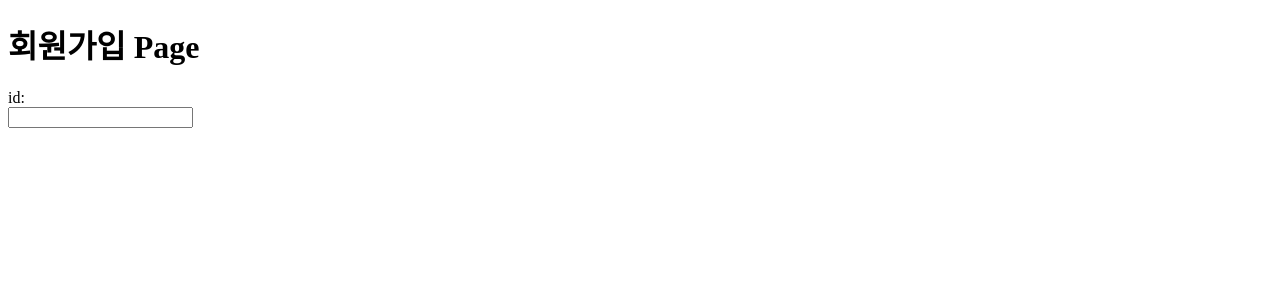
Repository: dtkd19/jsp-jstl_241022
Page: http://localhost/jsp_study/member/join.jsp
An editor plug-in stored every save of this project. The page is shown before and after the next save, followed by the edit.
The browser window is 1280 px wide. The pictures show the whole page.
The page is served by Tomcat 9.

Above is the page before, as saved 2024-10-25 01:54:06.

After the next save:
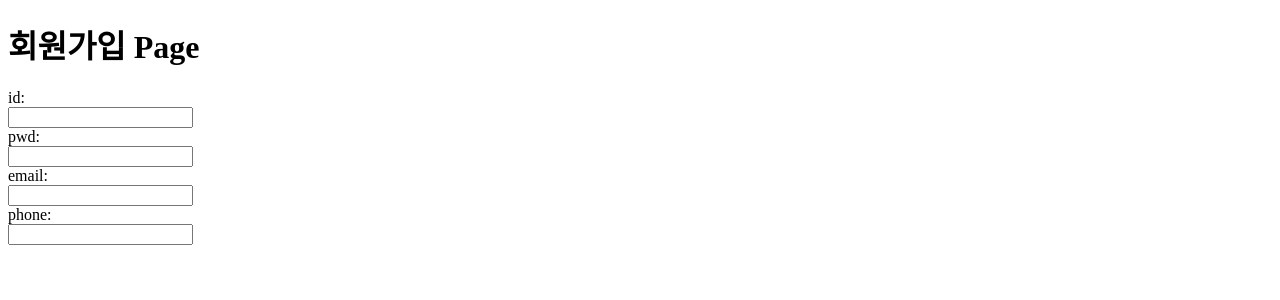
Saved 47 s later.
--- a/jsp_study/src/main/webapp/member/join.jsp
+++ b/jsp_study/src/main/webapp/member/join.jsp
@@ -11,7 +11,13 @@
 
 	<form action="/mem/register">
 	id:<br>
-	<input type="text" name="id">
+	<input type="text" name="id"><br>
+	pwd:<br>
+	<input type="password" name="pwd"><br>
+	email:<br>
+	<input type="text" name="email"><br>
+	phone:<br>
+	<input type="text" name="phone">
 
 	</form>
 
